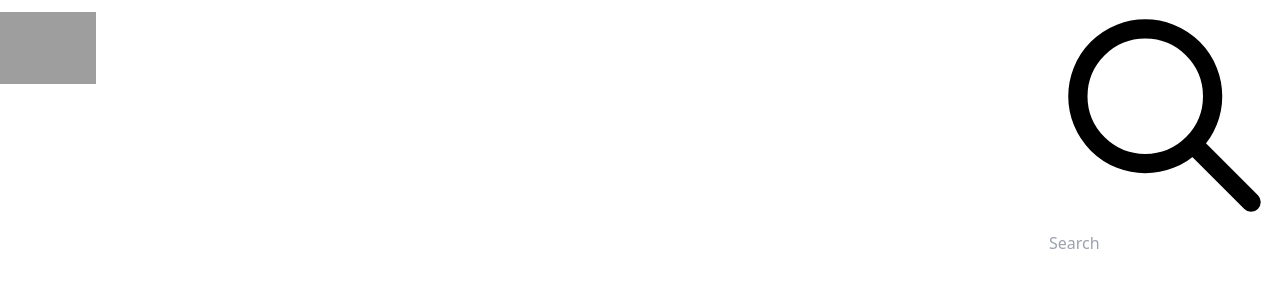
Repository: Qu4ntumGuy/insta-clone
Page: /
The author's editor kept a copy of each file at every save. The page is drawn from the files as they stood at one save, then again after the next save.
The browser window is 1280 px wide. The pictures show the whole page.
Pictures or frames that could not be fetched are drawn as grey boxes. The project was rebuilt for these pictures with package versions that can differ from the ones it lists, and the page was loaded fresh each time. The framework's server and built-in components were replaced by stand-ins that run in the browser. Also part of the build but not shown: next.config.js.

Above is the page before, as saved 2022-03-16 11:39:58.

After the next save:
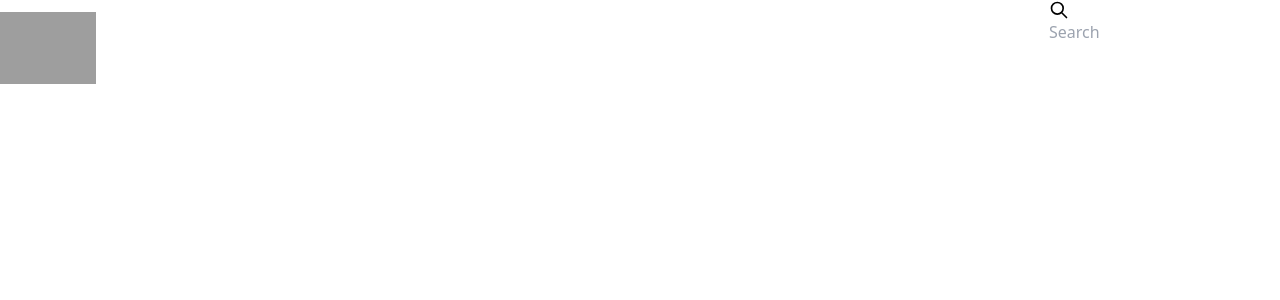
Saved 43 s later.
--- a/components/Header.js
+++ b/components/Header.js
@@ -29,7 +29,7 @@
         </div>
         <div>
           <div>
-              <SearchIcon />
+              <SearchIcon className=" h-5 w-5"/>
           </div>
           <input type="text" placeholder="Search" />
         </div>
